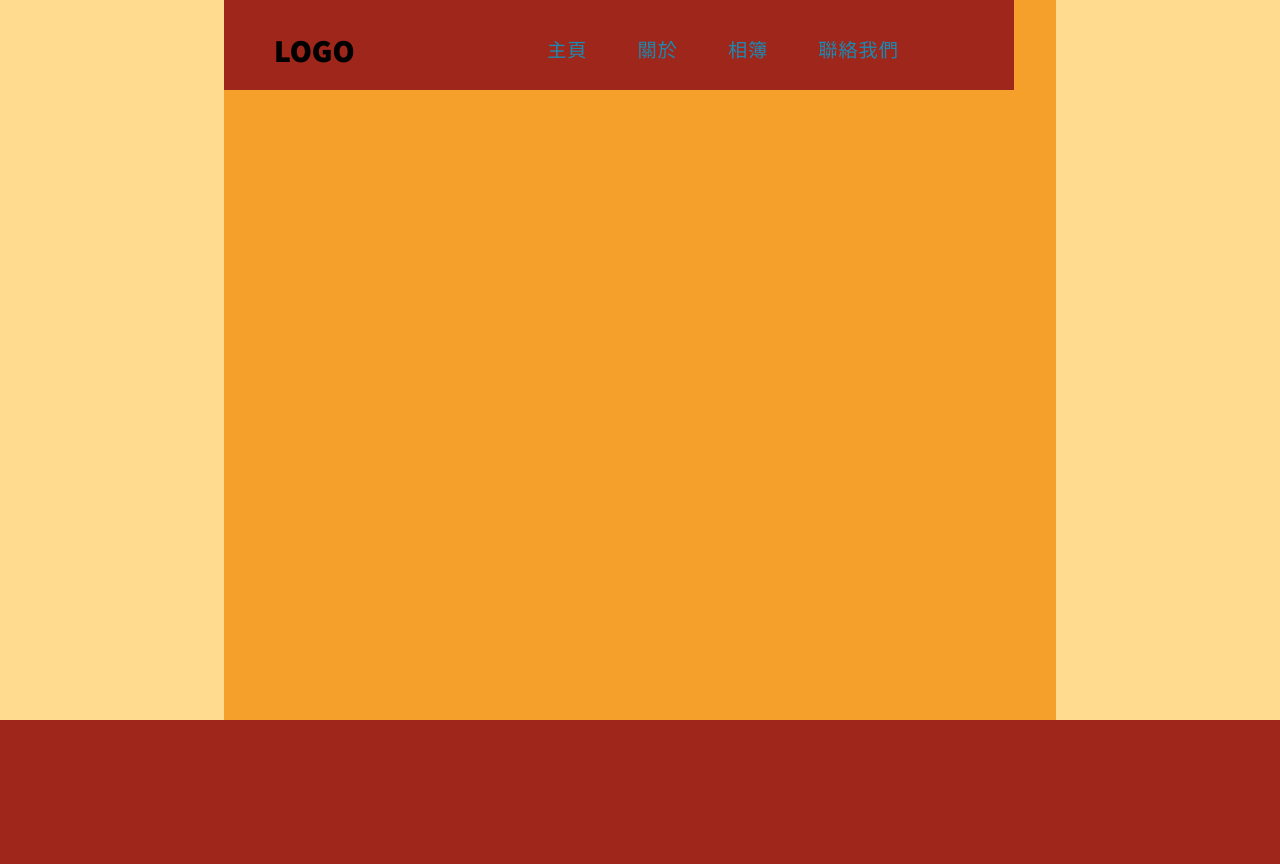
Repository: KevinYu0515/guanghui-food-website
Page: /
An editor plug-in stored every save of this project. The page is shown before and after the next save, followed by the edit.
The browser window is 1280 px wide. The pictures show the whole page.
The project was rebuilt for these pictures with package versions that can differ from the ones it lists, and the page was loaded fresh each time. Also part of the build but not shown: vue.config.js.

Above is the page before, as saved 2022-03-17 14:59:31.

After the next save:
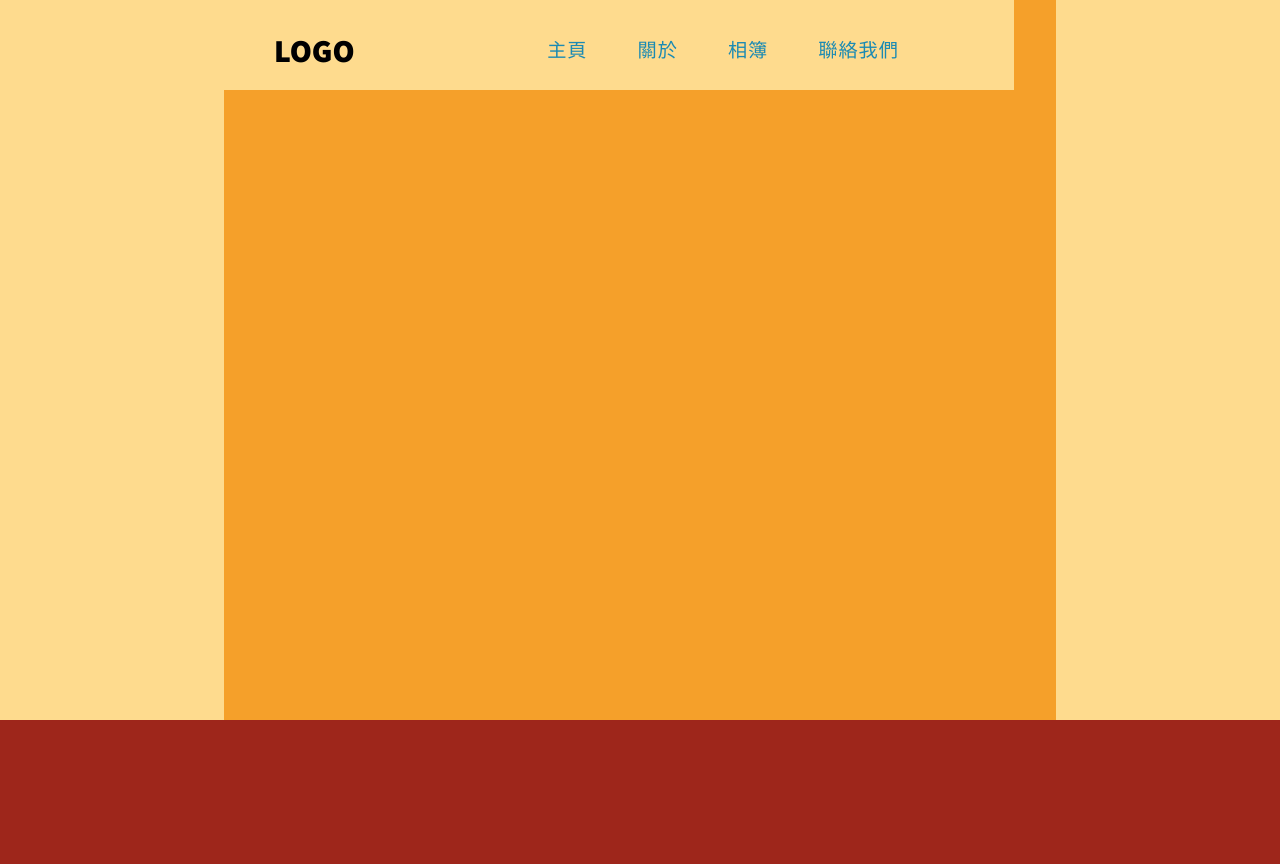
Saved 14 s later.
--- a/src/assets/scss/navbar.scss
+++ b/src/assets/scss/navbar.scss
@@ -8,7 +8,6 @@
     display: flex;
     justify-content: space-between;
     align-items: center;
-    background: #9E261B;
     .logo{
       color:rgb(0, 0, 0);
       font-weight: 700;
